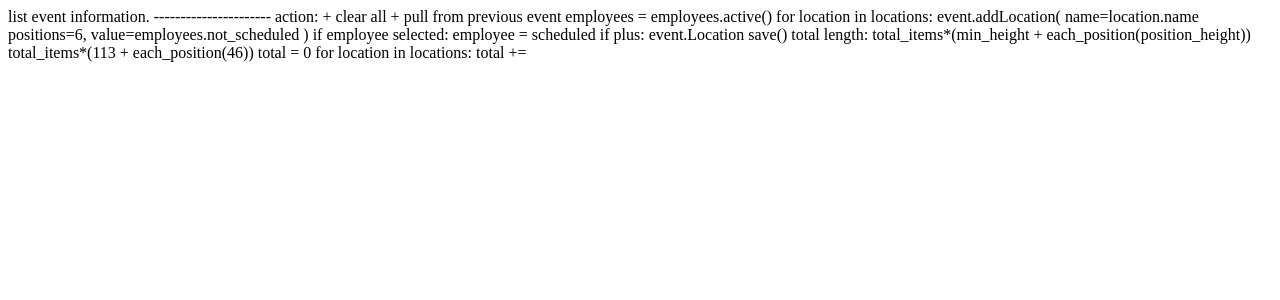
Repository: matthewrr/Employee-Scheduling-App
Page: outline.html
The author's editor kept a record of every edit. The page is drawn from the files as they stood at one moment, then again after the next edit.
The browser window is 1280 px wide. The pictures show the whole page.

Above is the page before.

After the next edit:
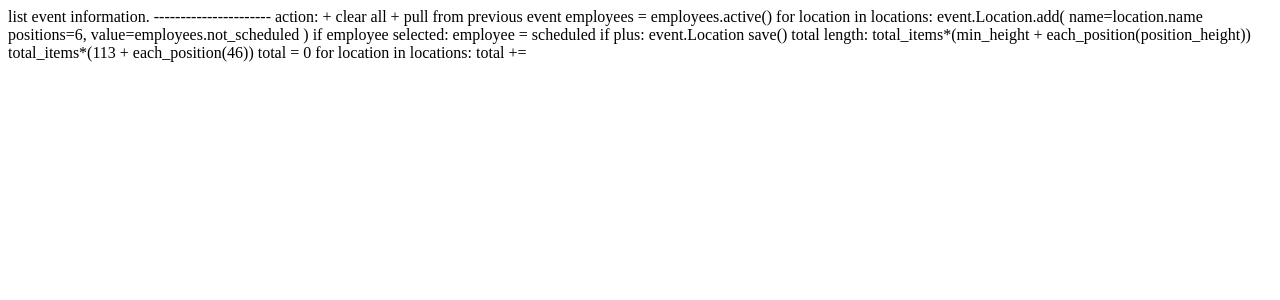
The edit:
--- a/outline.html
+++ b/outline.html
@@ -7,7 +7,7 @@
 employees = employees.active()
 
 for location in locations:
-    event.addLocation(
+    event.Location.add(
         name=location.name
         positions=6,
         value=employees.not_scheduled
